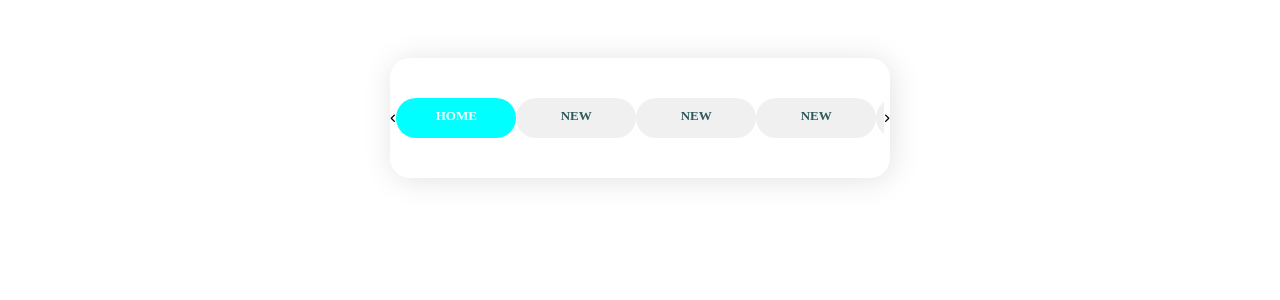
Repository: KHANHD192/JS_evondev
Page: eondev/tab_scroll/index.html
The author's editor kept a copy of each file at every save. The page is drawn from the files as they stood at one save, then again after the next save.
The browser window is 1280 px wide. The pictures show the whole page.

Above is the page before, as saved 2023-05-30 21:10:56.

After the next save:
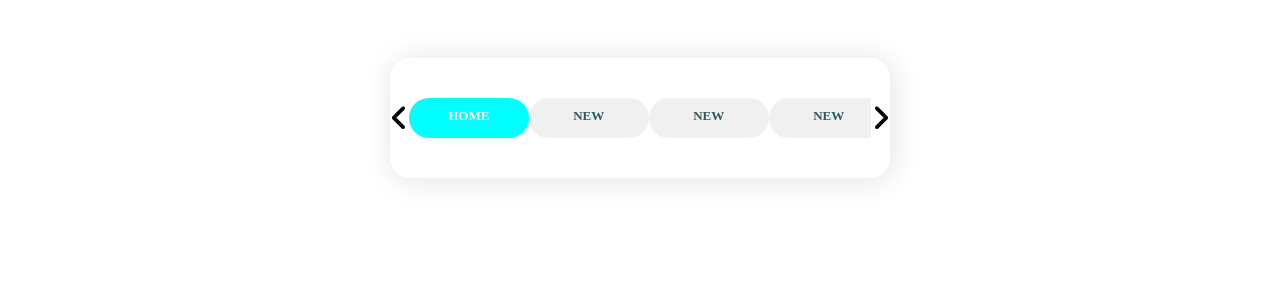
Saved 29 s later.
--- a/eondev/tab_scroll/index.html
+++ b/eondev/tab_scroll/index.html
@@ -48,7 +48,7 @@
         overflow: auto;
         overflow: -moz-scrollbars-none;
       -ms-overflow-style: none;
-      margin :auto;
+       margin :auto;
        }
        .list_content{
         display: flex;
@@ -59,6 +59,9 @@
        .tab_list::-webkit-scrollbar {
          display: none;
 }
+ .fa-solid{
+  font-size: 3rem;
+ }
        .tab-item{
         user-select: none;
         width: 12rem;
